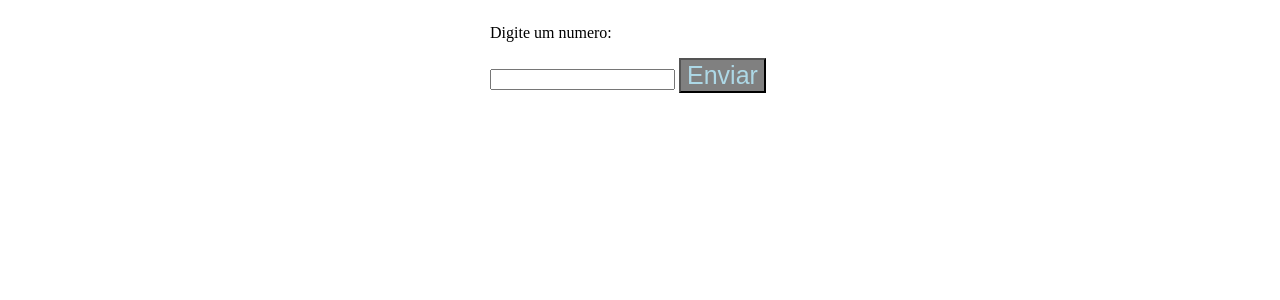
Repository: Nnunes55/formulario
Page: exercicios/teste.html
These files come from the project's save history. The page is drawn as it stood at one moment and after the next save; the edit follows.
The browser window is 1280 px wide. The pictures show the whole page.

Above is the page before, as saved 2025-04-15 10:35:19.

### exercicios/teste.html
<!DOCTYPE html>
<html lang="pt-br">
<head>
    <meta charset="UTF-8">
    <meta name="viewport" content="width=device-width, initial-scale=1.0">
    <title>Document</title>
    <link rel="stylesheet" href="/exercicios/estilo.css">
</head>
<body>
    <div class="container">
        <div class="box">
            <p>Digite um numero:</p>
            <input type="number" id="numero" onclick="">
            <button id="botao1">Enviar</button>
        </div>
    </div>

    <script src="/exercicios/teste.js"></script>
</body>
</html>

### exercicios/estilo.css
.container {
    display: flex;
    flex-direction: row;
    justify-content: center;
    align-items: center;
    gap: 4px;
    height: 100%;
    width: 100%;
  }
.box{
    width: 300px;
    height: 300px;
    background: #fff
}
#botao1{
    font-size: 25px;
    background-color: grey;
    color: lightblue;
}

### exercicios/teste.js
function armazenar() {
    var numero = document.getElementById('numero');


}

After the next save:
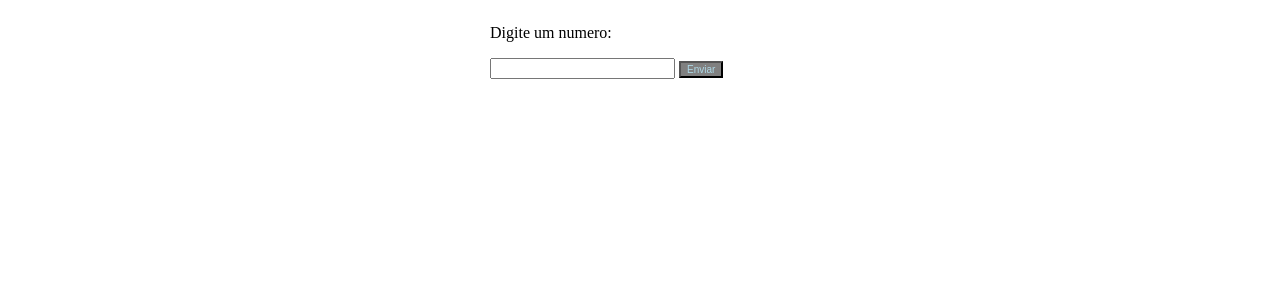
Saved 13 s later.
--- a/exercicios/estilo.css
+++ b/exercicios/estilo.css
@@ -13,7 +13,7 @@
     background: #fff
 }
 #botao1{
-    font-size: 25px;
+    font-size: 10px;
     background-color: grey;
     color: lightblue;
 }
